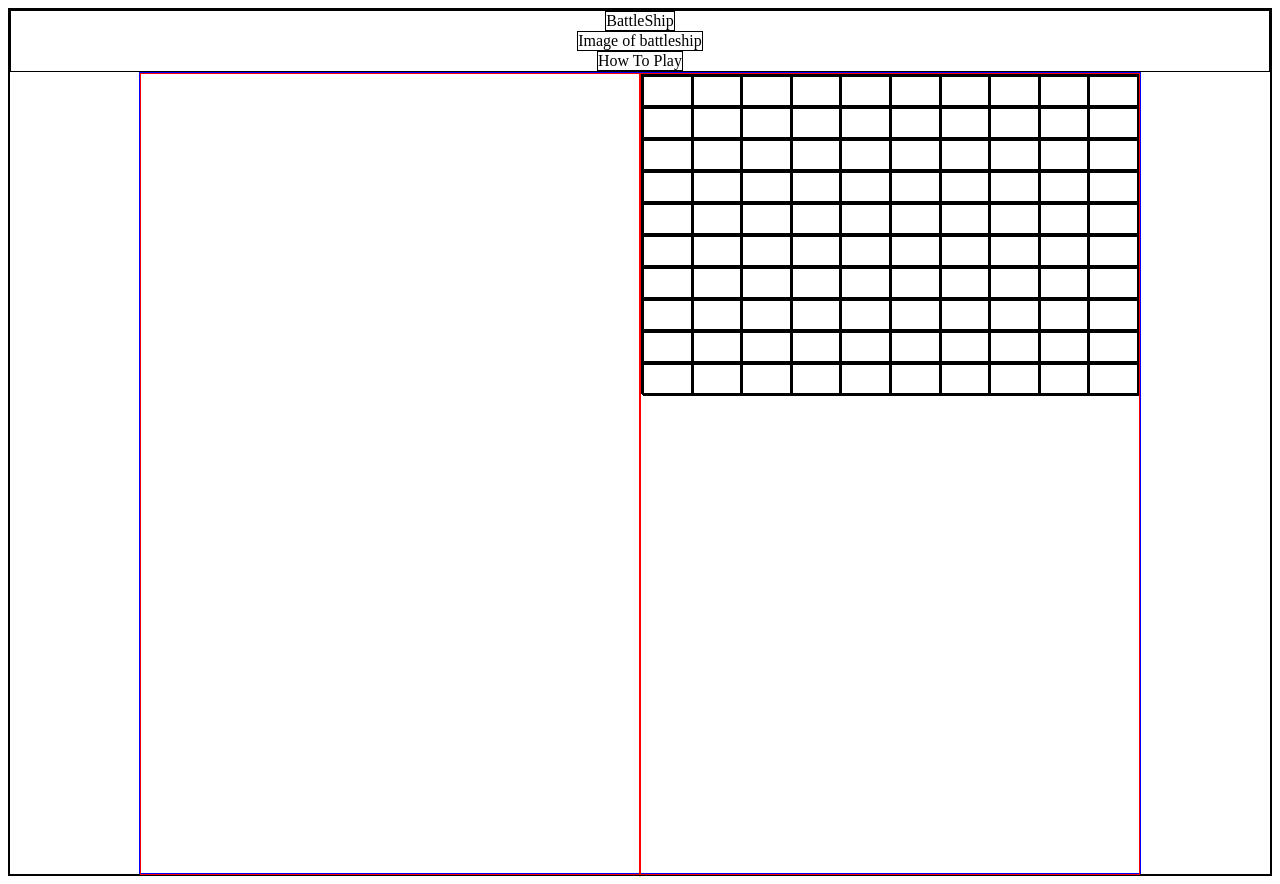
Repository: J-Haze/BattleshipApp
Page: /
These files come from the project's save history. The page is drawn as it stood at one moment and after a run of saves; the edit follows.
The browser window is 1280 px wide. The pictures show the whole page.
The project was rebuilt for these pictures with package versions that can differ from the ones it lists, and the page was loaded fresh each time. Also part of the build but not shown: src/index.css.

Above is the page before, as saved 2020-09-22 19:40:34.

### src/App.js
import React from "react";
import "./App.css";
import Game from "./Components/Game";
import Header from "./Components/Header"
// import { ProgressPlugin } from "webpack";

//test

function App() {
  return (
    <div className="App">
      <Header />
      <Game />
    </div>
  );
}

export default App;

### src/App.css
/* test */
:root{
    --black: #1B262C;
}


header {
    border: 1px solid black;

    display: flex;
    flex-direction: column;
    justify-content: center;
    align-items: center;

}

div {
    border: 1px solid black;
}

#how-to:hover{
    cursor: pointer;
}

#game{
    width: 1000px;
    height: 800px;
    display: flex;
    border: 1px solid blue;
    margin-left: auto;
    margin-right: auto;
}

.column{
    width: 50%;
    height: 100%;
    border: 1px solid red;
}

.row{
    display: flex;
    height: 30px;
}

.square{
    height: 100%;
    width: 10%;
}

.ship{
    background-color:gray;
    height: 100%;
    width: 100%;
}

.hit{
    background-color:red;
    height: 100%;
    width: 100%;
}

.miss{
    background-color:lightblue;
    height: 100%;
    width: 100%;
}

.sunk{
    background-color:black;
    height: 100%;
    width: 100%;
}

.empty{
    /* background-color: yellow; */
    height: 100%;
    width: 100%;
}

### src/Components/Game.js
import React, { useState, useEffect } from "react"
import shipFactory from "../factories/ship"
import gameboardFactory from "../factories/gameboard"
import player from "../factories/player"
import Board from "./Board.js"
import Row from "./Row.js"
// import { set } from "date-fns"

function Game() {

    const destroyer = shipFactory(2)
    const submarine = shipFactory(3)
    const cruiser = shipFactory(3)
    const battleship = shipFactory(4)
    const carrier = shipFactory(5)

    //Write logic that modertes the games (turns and GameOver etc.)

    // let playerOne = player("Player");
    // let computer = player("Player"); //Eventually change to "computer"

    // let pBoard = playerOne.gameboard.board;
    // let cBoard = computer.gameboard.board;

    const [playerState, setPlayer] = useState(player("Player"))
    const [computer, setComputer] = useState(player("Player")) //Eventually change to "computer"
    // const [playerBoard, setPlayerBoard] = useState(pBoard);
    // const [computerBoard, setComputerBoard] = useState(cBoard);

    // console.log("computer.gameboard", computer.gameboard)
    // console.log("computer.gameboard.placeShip()", computer.gameboard.placeShip())

    // console.log("playerState.gameboard.sendAttack()", playerState)

    const [rowState, setRowState] = useState([]);
    let rows = [];

    // const [pCarrier, setPCarrier] = useState(0)
    // const [pBattleship, setPBattleship] = useState(0)
    // const [pCruiser, setPCruiser] = useState(0)
    // const [pSubmarine, setPSubmarine] = useState(0)
    // const [pDestroyer, setPDestroyer] = useState(0)

    // console.log("here", playerOne)
    // console.log("comp", computer)

    let pCarrier = "";
    let pBattleship = "";
    let pCruiser = "";
    let pSubmarine = "";
    let pDestroyer = "";

    let pCarrierOrient = "";
    let pBattleshipOrient = "";
    let pCruiserOrient = "";
    let pSubmarineOrient = "";
    let pDestroyerOrient = "";

    // // const placeShipsPlayer = (pCarrier, pBattleship, pCruiser, pSubmarine, pDestroyer, pCarrierOrient, pBattleshipOrient, pCruiserOrient, pSubmarineOrient, pDestroyerOrient) => {
    // useEffect(() => {
    //     setPlayerBoard(pBoard)
    // }, []
    //     // [pBoard]
    //     //^^This creates an infinite loop
    // );

    const placeShipsPlayer = (pCarrier, pBattleship, pCruiser, pSubmarine, pDestroyer, pCarrierOrient, pBattleshipOrient, pCruiserOrient, pSubmarineOrient, pDestroyerOrient) => {
        // pBoard = playerOne.gameboard.placeShip(carrier, 5, pCarrier, pCarrierOrient);
        // pBoard = playerOne.gameboard.placeShip(battleship, 4, pBattleship, pBattleshipOrient);
        // pBoard = playerOne.gameboard.placeShip(cruiser, 3, pCruiser, pCruiserOrient);
        // pBoard = playerOne.gameboard.placeShip(submarine, 3, pSubmarine, pSubmarineOrient);
        // pBoard = playerOne.gameboard.placeShip(destroyer, 2, pDestroyer, pDestroyerOrient);



        // setPlayer(playerState.gameboard.placeShip(carrier, 5, pCarrier, pCarrierOrient));

        // player.gameboard.placeShip(battleship, 4, pBattleship, pBattleshipOrient);
        // player.gameboard.placeShip(cruiser, 3, pCruiser, pCruiserOrient);
        // player.gameboard.placeShip(submarine, 3, pSubmarine, pSubmarineOrient);
        // player.gameboard.placeShip(destroyer, 2, pDestroyer, pDestroyerOrient);

        // return pBoard
    }

    pCarrier = 11;
    pBattleship = 14;
    pCruiser = 82;
    pSubmarine = 19;
    pDestroyer = 6;

    pCarrierOrient = "vertical";
    pBattleshipOrient = "horizontal";
    pCruiserOrient = "horizontal";
    pSubmarineOrient = "vertical";
    pDestroyerOrient = "horizontal";

    placeShipsPlayer(pCarrier, pBattleship, pCruiser, pSubmarine, pDestroyer, pCarrierOrient, pBattleshipOrient, pCruiserOrient, pSubmarineOrient, pDestroyerOrient);


    const placeShipsComputer = (pCarrier, pBattleship, pCruiser, pSubmarine, pDestroyer, pCarrierOrient, pBattleshipOrient, pCruiserOrient, pSubmarineOrient, pDestroyerOrient) => {
        // cBoard = computer.gameboard.placeShip(carrier, 5, pCarrier, pCarrierOrient);
        // cBoard = computer.gameboard.placeShip(battleship, 4, pBattleship, pBattleshipOrient);
        // cBoard = computer.gameboard.placeShip(cruiser, 3, pCruiser, pCruiserOrient);
        // cBoard = computer.gameboard.placeShip(submarine, 3, pSubmarine, pSubmarineOrient);
        // cBoard = computer.gameboard.placeShip(destroyer, 2, pDestroyer, pDestroyerOrient);

        // setComputer(computer.gameboard.placeShip(carrier, 5, pCarrier, pCarrierOrient));

        // computer.gameboard.placeShip(battleship, 4, pBattleship, pBattleshipOrient);
        // computer.gameboard.placeShip(cruiser, 3, pCruiser, pCruiserOrient);
        // computer.gameboard.placeShip(submarine, 3, pSubmarine, pSubmarineOrient);
        // computer.gameboard.placeShip(destroyer, 2, pDestroyer, pDestroyerOrient);

    };

    let cCarrier = 10;
    let cBattleship = 12;
    let cCruiser = 82;
    let cSubmarine = 19;
    let cDestroyer = 66;

    let cCarrierOrient = "vertical";
    let cBattleshipOrient = "horizontal";
    let cCruiserOrient = "horizontal";
    let cSubmarineOrient = "vertical";
    let cDestroyerOrient = "vertical";

    placeShipsComputer(cCarrier, cBattleship, cCruiser, cSubmarine, cDestroyer, cCarrierOrient, cBattleshipOrient, cCruiserOrient, cSubmarineOrient, cDestroyerOrient);

    let attackCoord = "";

    function handleClick(id) {
        // const updatedBoard = [...computer.gameboard.board];

        attackCoord = playerState.sendAttack(id);
        // const updatedBoard = [computer.gameboard.receiveAttack(attackCoord)];
        computer.gameboard.receiveAttack(attackCoord)

        // console.log("updatedBoard", updatedBoard)

        // setComputer(computer.gameboard.receiveAttack(attackCoord))
        // setComputer(updatedBoard)
        // setComputer(computer)

        console.log("computer:", computer)

        // console.log("new cBoard", computer.gameboard)
        // console.log("computerBoard!!", computerBoard)
    };

    // function handleClick(id) {
    //     console.log("clicked", id)
    //     attackCoord = playerOne.sendAttack(id);
    //     console.log("attackCoord", attackCoord)
    //     // console.log("what:", computer.gameboard.receiveAttack(attackCoord))
    //     // cBoard = computer.gameboard.receiveAttack(attackCoord);
    //     computer.gameboard.receiveAttack(attackCoord)
    //     console.log("(computer.gameboard", computer.gameboard)
    //     // cBoard = computerBoard.receiveAttack(attackCoord);
    //     // setComputerBoard(computer.gameboard)
    //     console.log("computer.gameboard.receiveAttack(attackCoord)", computer.gameboard.receiveAttack(attackCoord))
    //     // setComputerBoard(computer.gameboard.board)
    //     console.log("new cBoard", computer.gameboard)
    //     // console.log("computerBoard!!", computerBoard)
    // };

    function createRows(board) {
        rows = [];
        for (let i = 0; i < board.length; i += 10) {
            rows.push(board.slice(i, i + 10));
        }
        setRowState(rows);
    }

    useEffect(() => {
        createRows(computer.gameboard.board);
    }, [computer.gameboard.board]
    );

    // useEffect(() => {
    //     createRows(computer.gameboard);
    // }, [computer.gameboard]
    // );

    return (
        <div id="game">
            <div id="col-one" className="column">
                {/* <Board
                    key={playerBoard}
                    board={playerBoard}
                // handleClick={}
                // handleTest={handleTest}
                /> */}


            </div>
            <div id="col-two" className="column">
                {/* <Board
                    key={computerBoard}
                    board={computerBoard}
                    handleClick={handleClick}
                    handleTest={handleTest}
                /> */}

                {rowState.map((row, i) => {
                    return (
                        <Row
                            key={i}
                            roww={i}
                            rowObj={row}
                            handleClick={handleClick}
                        />
                    );
                })
                }
            </div>

        </div>
    )
}

export default Game;

### src/Components/Header.js
import React from "react"
// import shipFactory from "../factories/ship"
// import gameboardFactory from "../factories/gameboard"
// import player from "../factories/player"


function Header() {
    return (
        <header>
            <div>BattleShip</div>
            <div> Image of battleship </div>
            <div id="how-to"> How To Play </div>
        </header>
    )
}


export default Header;

### src/factories/ship.js

const shipFactory = (shipLength) => {
    const shipNames = {
        1: 'Submarine',
        2: 'Destroyer',
        3: 'Cruiser',
        4: 'Battleship',
        5: 'Carrier',
    };

    const name = shipNames[shipLength];

    let ship = [];
    for (let i = 0; i < shipLength; i++) {
        ship.push([false, i, name])
    }

    let hit = (hitLocation) => {
        ship[hitLocation] = [true, hitLocation, name];
        console.log("Hit!", ship)
        console.log(`You've hit my ${name}`)
        // console.log("hits length", hit.length)
        // console.log("ship.length", ship.length)
        return ship
    }

    let isSunk = () => {
        let sunkStatus = false
        ship[0][0] == true ? sunkStatus = true : sunkStatus = false
        for (let square in ship) {
            // console.log("ship:", ship)
            // console.log(ship[square])
            sunkStatus = (ship[square][0] && sunkStatus)
        }
        // let sunkStatus = ship[0].every(Boolean);
        return sunkStatus
    }

    return {
        //id,
        name,
        shipLength,
        ship,
        hit,
        isSunk
    }
}

// const destroyer = shipFactory(2)
// const cruiser = shipFactory(3)
// const battleship = shipFactory(4)
// const carrier = shipFactory(5)

export default shipFactory;

//export default {shipFactory, destroyer, cruiser, battleship, carrier}

//Comment out with not testing
// module.exports = shipFactory;

### src/factories/player.js
// import shipFactory from "./ship"
import gameboardFactory from "./gameboard"

const player = (playerName) => {
    // const submarine = shipFactory(1)
    // const destroyer = shipFactory(2)
    // const cruiser = shipFactory(3)
    // const battleship = shipFactory(4)
    // const carrier = shipFactory(5)
    const getBoard = gameboardFactory();
    const gameboard = getBoard;
    let attackCoord = 100;
    let index = 100;

    const squaresToGuess = [];

    for (let i = 0; i <= 99; i++) {
        squaresToGuess.push(i);
    }
    // console.log(squaresToGuess)

    //Randomly sends an attack
    const sendAttack = (coord) => {
        // if (playerName == "Computer") {
        // }

        if (playerName == "Player") {
            attackCoord = coord;
            index = squaresToGuess.indexOf(attackCoord);
            squaresToGuess.splice(index, 1);
        } else {
            // console.log("s2g", squaresToGuess.length - 1)
            attackCoord = Math.floor(Math.random() * (squaresToGuess.length - 1));
            index = squaresToGuess.indexOf(attackCoord);
            squaresToGuess.splice(index, 1);
        }

        // console.log({ attackCoord })
        console.log("squares to guess:", squaresToGuess)
        return attackCoord
    }



    //send attack will take coordinates and "send an attack" to the OPPOSING board
    //Need to make sure it has an array of 0-99 and takes away the guessed numbers from that array.
    //random between 0 and array.length

    return {
        gameboard,
        squaresToGuess,
        sendAttack
    }
}








export default player;

### src/Components/Row.js
import React, { useState, useEffect } from "react"
// import shipFactory from "../factories/ship"
// import gameboardFactory from "../factories/gameboard"
// import player from "../factories/player"
import Square from "./Square"

function Row(props) {
    let { roww, rowObj, handleClick } = props;

    // console.log({ rowObj });
    // const [rowwState, setRoww] = useState([roww]);

    // useEffect(() => {
    //     setRoww(roww);
    // },
    //     [roww]
    // );

    return (
        // <div className="row">
        //     {rowObj}
        // </div>
        <div className="row">
            {rowObj.map((square, j) => {
                return (
                    <Square
                        key={j}
                        row={roww}
                        col={j}
                        squareObj={square}
                        handleClick={handleClick}
                    />
                );
            })
            }
        </div>
    )
};
export default Row;

### src/Components/Square.js
import React, { useState, useEffect } from "react"
// import shipFactory from "../factories/ship"
// import gameboardFactory from "../factories/gameboard"
// import player from "../factories/player"

function Square(props) {

    const id = (props.row * 10 + props.col)

    // if (props.squareObj != null) {
    //     console.log("ID and Object:", id, props.squareObj[0])
    // }

    // let renderedSquare = () => {

    // };

    return (
        <div className="square">
            {/* {row}
            {col} */}
            {(props.squareObj != null) ?
                ((props.squareObj[0] == false) ?
                    (<div className="ship" key={id}>O</div>) :
                    (props.squareObj[0] == true) ?
                        (<div className="hit" key={id}>X</div>) :
                        (props.squareObj[0] == "sunk") ?
                            (<div className="sunk" key={id}>X</div>) :
                            (props.squareObj == "miss") ?
                                (<div className="miss" key={id}>X</div>) :
                                (<div>error</div>)) :
                (<div className="empty" key={id} onClick={() => props.handleClick(id)}></div>)
                // return <div className="empty" onClick={() => handleClick(key)}></div>
            }
        </div>
    )
}

export default Square;

### src/Components/Board.js
import React, { useState, useEffect } from "react"
// import shipFactory from "../factories/ship"
// import gameboardFactory from "../factories/gameboard"
// import player from "../factories/player"
// import Square from "./Square.js"
import Row from "./Row.js"
// import Player from "./Player.js"

function Board(props) {
    let { board, handleClick } = props;

    // console.log("123:", {board})
    // let squares = board;
    // console.log({ squares })

    const [rowState, setRows] = useState([]);

    // let rows = [];


    useEffect(() => {
        let rows = [];
        for (let i = 0; i < board.length; i += 10) {
            rows.push(board.slice(i, i + 10));
        }
        setRows(rows);
        // console.log("board:", board)
        // console.log("rows", rows)
        // console.log("New Rows:", rowState)
        // console.log("Use Effect Board")
    }, []
        // [board]
    );



    return (
        // <div>{squareItems}</div>

        <div>
            {/* <div> test </div> */}
            <div className="board">
                {/* {squareItems} */}
                {rowState.map((row, i) => {
                    return (
                        <Row
                            key={i}
                            roww={i}
                            rowObj={row}
                            handleClick={handleClick}
                        // position={[i, j]}
                        // position={square}
                        // key={square.}
                        // key={book.title}
                        // book={book}
                        // handleDelete={handleDelete}
                        // toggleRead={toggleRead}
                        // toggleReading={toggleReading}
                        // toggleNotRead={toggleNotRead}
                        />
                    );
                })
                }
            </div>
        </div>
    )
}

export default Board;

Loaded but not shown: public/index.html (common file); src/index.js (common file); src/serviceWorker.js (common file); src/factories/gameboard.js (151 lines, source omitted)

After the next 2 saves:
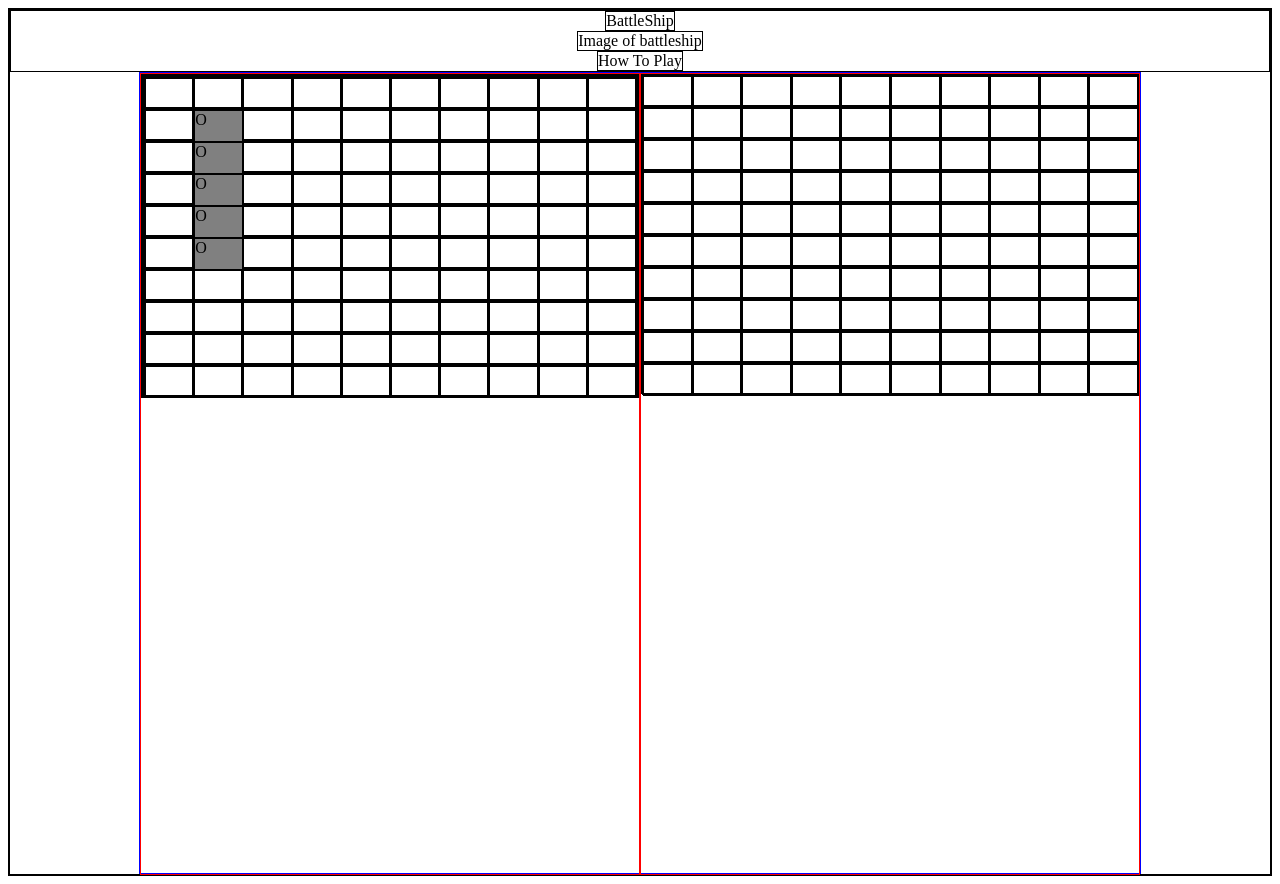
The 2 saves are shown as one change because 1 did not build or start.
The last was saved 11 min 12 s later.
--- a/src/Components/Game.js
+++ b/src/Components/Game.js
@@ -35,6 +35,8 @@ function Game() {
     const [rowState, setRowState] = useState([]);
     let rows = [];
 
+    const [refresh, setRefresh] = useState(false);
+
     // const [pCarrier, setPCarrier] = useState(0)
     // const [pBattleship, setPBattleship] = useState(0)
     // const [pCruiser, setPCruiser] = useState(0)
@@ -73,7 +75,7 @@ function Game() {
 
 
 
-        // setPlayer(playerState.gameboard.placeShip(carrier, 5, pCarrier, pCarrierOrient));
+        playerState.gameboard.placeShip(carrier, 5, pCarrier, pCarrierOrient);
 
         // player.gameboard.placeShip(battleship, 4, pBattleship, pBattleshipOrient);
         // player.gameboard.placeShip(cruiser, 3, pCruiser, pCruiserOrient);
@@ -143,6 +145,7 @@ function Game() {
         // setComputer(updatedBoard)
         // setComputer(computer)
 
+        setRefresh(!refresh)
         console.log("computer:", computer)
 
         // console.log("new cBoard", computer.gameboard)
@@ -175,7 +178,8 @@ function Game() {
 
     useEffect(() => {
         createRows(computer.gameboard.board);
-    }, [computer.gameboard.board]
+
+    }, [computer, refresh]
     );
 
     // useEffect(() => {
@@ -186,12 +190,23 @@ function Game() {
     return (
         <div id="game">
             <div id="col-one" className="column">
-                {/* <Board
-                    key={playerBoard}
-                    board={playerBoard}
+                <Board
+                    key={"player"}
+                    board={playerState.gameboard.board}
                 // handleClick={}
                 // handleTest={handleTest}
-                /> */}
+                />
+
+                {/* {rowState.map((row, i) => {
+                    return (
+                        <Row
+                            key={i}
+                            roww={i}
+                            rowObj={row}
+                        />
+                    );
+                })
+                } */}
 
 
             </div>
